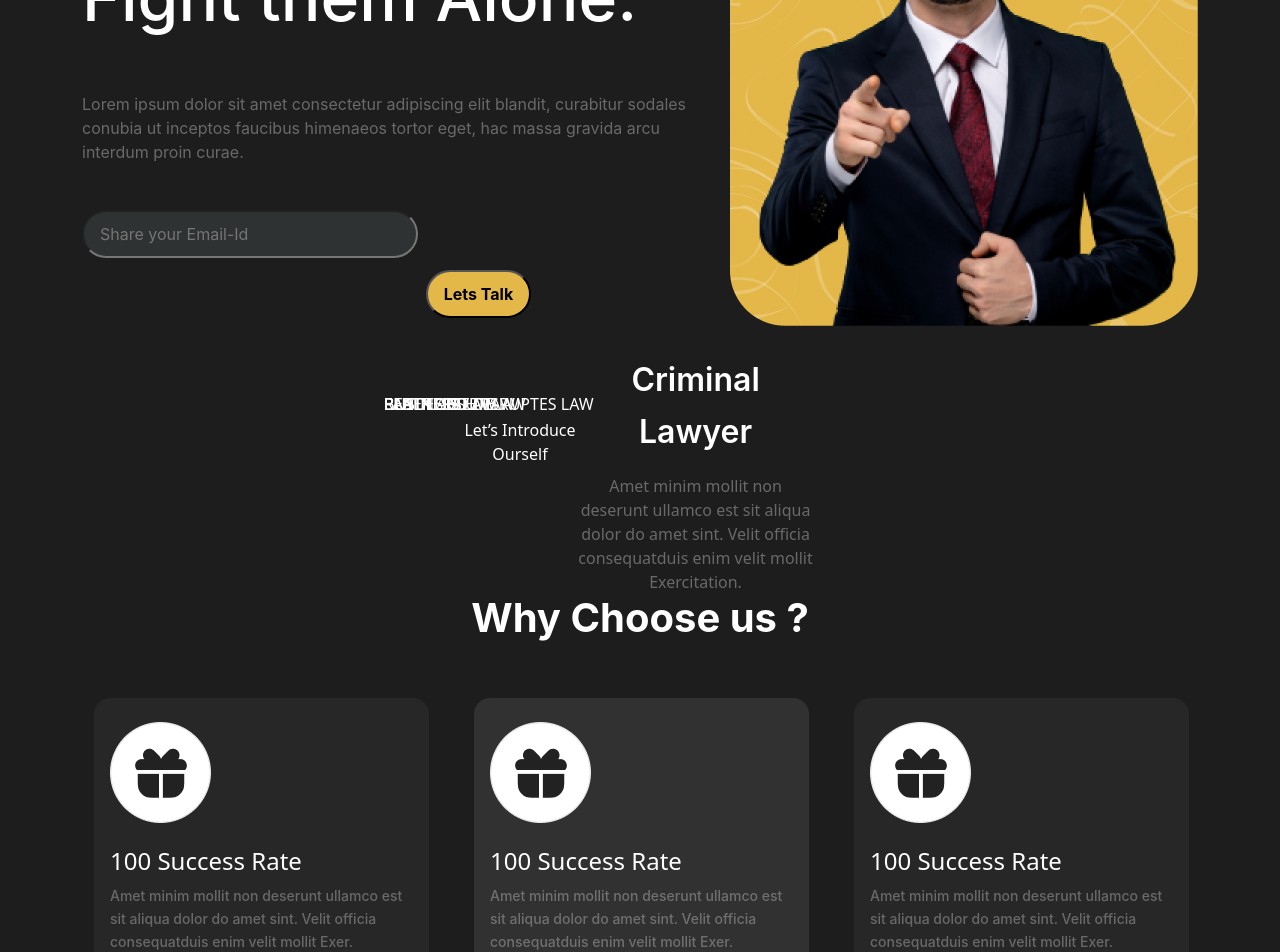
Repository: Senthil-Bala/LawFirm
Page: /
An editor plug-in stored every save of this project. The page is shown before and after the next save, followed by the edit.
The browser window is 1280 px wide. The pictures show the part of the page from y = 288 to 1240 px (the page is 4053 px tall).
The project was rebuilt for these pictures with package versions that can differ from the ones it lists, and the page was loaded fresh each time. Also part of the build but not shown: src/App.css, src/Components/Frequents/Accordionss.css, src/Components/Frequents/Accordionss.jsx.

Above is the page before, as saved 2023-11-29 19:02:18.

### src/App.js
import './App.css';
import 'bootstrap/dist/css/bootstrap.min.css';
import Navbar from "./Components/Navbars/Navbar"
import HeroSection from './Components/Heroess/HeroSection';
import Main from "./Components/Mainss/Main";
import Boxes from "./Components/Box/Boxes";
import Practices from './Components/Practicsing/Practices';
import Clients from "./Components/ClientSides/Clients";
import Team from "./Components/Teamss/Team";
import Faq from "./Components/Frequents/Faq"
import Subscribe from './Components/Subscribes/Subscribe';
import Footer from "./Components/Footers/Footer"

function App() {
  return (
    <div className="container">
      <Navbar/>
      <HeroSection/>
      <Main/>
      <Boxes/>
      <Practices/>
      <Clients/>
      <Team/>
      <Faq/>
      <Subscribe/>
      <Footer/>
    </div>
  );
}

export default App;

### src/Components/Navbars/Navbar.jsx
import React from 'react'
import Studio from "../assests/logo.png";
import "./Navbar.css"

function Navbar() {
  return (
    <div className='navbar'>
        <div className="logo ">
            <img src={Studio} alt="Logo"/>
            <p>IGSTUDIO</p>
        </div>
        <div className="mid">
            <p>Home</p>
            <p>Attorneys</p>
            <p>Practice</p>
            <p>About Us</p>
        </div>
        <div className="btn">
            <button>Contact Now</button>
        </div>
    </div>
  )
}

export default Navbar

### src/Components/Heroess/HeroSection.jsx
import React from "react";
import "./HeroSection.css";
import Hero from "../assests/hero.png";
import Container from 'react-bootstrap/Container';
import Row from 'react-bootstrap/Row';
import Col from 'react-bootstrap/Col';
function HeroSection() {
  return (
    <div className="hero">
      <div className="contentLeft">
        <p id="mainHeading">You don’t have to Fight them Alone.</p>
        <p id="subHeading">
          Lorem ipsum dolor sit amet consectetur adipiscing elit blandit,
          curabitur sodales conubia ut inceptos faucibus himenaeos tortor eget,
          hac massa gravida arcu interdum proin curae.
        </p>
        <div >
        <input type="text" placeholder="Share your Email-Id" />
        <button className="inBtn">Lets Talk</button>
        </div>
      </div>
      <div className="contentRight">
        <img src={Hero} alt="Hero" />
      </div>
    </div>

  //   <Container>
  //   <Row>
  //     <Col sm={12} md={6} lg={6} >
  //     <div className="contentLeft">
  //   <p id="mainHeading">You don’t have to Fight them Alone.</p>
  //        <p id="subHeading">
  //        Lorem ipsum dolor sit amet consectetur adipiscing elit blandit,
  //          curabitur sodales conubia ut inceptos faucibus himenaeos tortor eget,
  //          hac massa gravida arcu interdum proin curae.
  //        </p>
  //         <input type="text" placeholder="Share your Email-Id" />
  //     <button className="inBtn">Lets Talk</button>
  //      </div >
  //     </Col>
  //     <Col sm={12} md={6} lg={6}>
  //     <div className="contentRight mt-5">
  //       <img src={Hero} alt="Hero" />
  //    </div>
  //     </Col>
  //   </Row>

  // </Container>








  );
}

export default HeroSection;

### src/Components/Mainss/Main.jsx
import React from "react";
import "./Main.css";
import Container from 'react-bootstrap/Container';
import Row from 'react-bootstrap/Row';
import Col from 'react-bootstrap/Col';
function Main() {
  return (
    <div className="main">
    <div className="leftOne">
        <p>Let’s Introduce <br /> Ourself</p>
    </div>
    {/* <div className="vertical-line"></div> */}
    <div className="right">
        <p id="heading">Criminal Lawyer</p>
        <p id="subHeading">
            Amet minim mollit non deserunt ullamco est sit aliqua dolor do amet
            sint. Velit officia consequatduis enim velit mollit Exercitation.
        </p>
    </div>
</div>



    //Grid layouts

  //   <Container className="mt-5 pt-5">
  //   <Row>
  //     <Col sm={12} md={6} lg={6}>
  //     <div className="left">
  //       <p>Let’s Introduce Ourself</p>
  //     </div>
  //     </Col>
  //     <Col  sm={12} md={6} lg={6}>
  //     <div className="right">
  //       <p id="heading">Criminal Lawyer</p>
  //       <p id="subHeading">
  //         Amet minim mollit non deserunt ullamco est sit aliqua dolor do amet
  //         sint. Velit officia consequatduis enim velit mollit Exercitation.
  //       </p>
  //     </div>
  //     </Col>
  //   </Row>

  // </Container>
  );
}

export default Main;

### src/Components/Box/Boxes.jsx
import React from "react";
import "./Boxes.css";
import Box from "../assests/box.png";
import Container from 'react-bootstrap/Container';
import Row from 'react-bootstrap/Row';
import Col from 'react-bootstrap/Col';
function Boxes() {
  return (
    // <div className="box">
    //   <h1>Why Choose us ?</h1>
    //   <br />
    //   <div className="chooseBox">
    //     <div className="box1">
    //       <img src={Box} alt="" className="mt-2" />
    //       <h4 className="mt-4">100 Success Rate</h4>
    //       <p className="small">
    //         Amet minim mollit non deserunt ullamco est sit aliqua dolor do amet
    //         sint. Velit officia consequatduis enim velit mollit Exer.
    //       </p>
    //     </div>
    //     <div className="box2">
    //       <img src={Box} alt="" className="mt-2" />
    //       <h4 className="mt-4">100 Success Rate</h4>
    //       <p className="small">
    //         Amet minim mollit non deserunt ullamco est sit aliqua dolor do amet
    //         sint. Velit officia consequatduis enim velit mollit Exer.
    //       </p>
    //     </div>
    //     <div className="box3">
    //       <img src={Box} alt="" className="mt-2" />
    //       <h4 className="mt-4">100 Success Rate</h4>
    //       <p className="small">
    //         Amet minim mollit non deserunt ullamco est sit aliqua dolor do amet
    //         sint. Velit officia consequatduis enim velit mollit Exer.
    //       </p>
    //     </div>
    //   </div>
    // </div>
    //Grid layouts

<div>
<h1  className="text-center my-5 heading">Why Choose us ?</h1>

<Container>
<Row className="gx-5 gy-5">
        <Col sm={12} md={6} lg={4} g-5 >
        <div className="box1 mt-2 mr-2">
          <img src={Box} alt="" className="mt-2" />
          <h4 className="mt-4">100 Success Rate</h4>
          <p className="small">
            Amet minim mollit non deserunt ullamco est sit aliqua dolor do amet
            sint. Velit officia consequatduis enim velit mollit Exer.
          </p>
          <button className="chip">Read More</button>
        </div>
        </Col>
        <Col sm={12} md={6} lg={4}>
        <div className="box2 mt-2 mr-2">
          <img src={Box} alt="" className="mt-2" />
          <h4 className="mt-4">100 Success Rate</h4>
          <p className="small">
            Amet minim mollit non deserunt ullamco est sit aliqua dolor do amet
            sint. Velit officia consequatduis enim velit mollit Exer.
          </p>
          <button className="chip" >Read More</button>
        </div>
        </Col>
        <Col sm={12} md={6} lg={4}>
        <div className="box3 mt-2 mr-2">
          <img src={Box} alt="" className="mt-2" />
          <h4 className="mt-4">100 Success Rate</h4>
          <p className="small">
            Amet minim mollit non deserunt ullamco est sit aliqua dolor do amet
            sint. Velit officia consequatduis enim velit mollit Exer.
          </p>
          <button className="chip">Read More</button>
        </div>
        </Col>
      </Row>

    </Container>
    </div>

  );
}

export default Boxes;

### src/Components/Practicsing/Practices.jsx
import React from "react";
import Container from "react-bootstrap/Container";
import Row from "react-bootstrap/Row";
import Col from "react-bootstrap/Col";
import Left from "../assests/left.png";
import Right from "../assests/right.png";
import "./Practices.css";

function Practices() {
  return (
    <div>
      <h1 className="text-center my-5 heading">Area of Practices</h1>

      <Container>
        <Row className="mt-3">
          <Col xs={12} sm={8}>
            <img src={Left} alt="Business law" className="left" />
            <p className="title">Business law</p>

          </Col>
          <Col xs={12} sm={4}>
            <img src={Right} alt="Partnership Law" className="right" />
            <p className="title">Partnership law</p>

          </Col>
        </Row>
        <Row className="mt-3">
        <Col xs={12} sm={4}>
            <img src={Right} alt="Partnership Law" className="right" />
            <p className="title">Real Estate law</p>
          </Col>
          <Col xs={12} sm={8}>
            <img src={Left} alt="Business law" className="left" />
            <p className="title">Business law</p>

          </Col>

        </Row>
        <Row className="mt-3">
          <Col xs={12} sm={8}>
            <img src={Left} alt="Business law" className="left" />
            <p className="title">LandLord Disruptes law</p>

          </Col>
          <Col xs={12} sm={4}>
            <img src={Right} alt="Partnership Law" className="right" />
            <p className="title">ELDER ABSUTE</p>

          </Col>
        </Row>
      </Container>
    </div>
  );
}

export default Practices;

### src/Components/ClientSides/Clients.jsx
import React from "react";
import "./Clients.css";
import EclipseOne from "../assests/EclipseOne.png";
import EclipseTwo from "../assests/EclipseTwo.png";
import EclipseThree from "../assests/EclipseThree.png";
import Container from 'react-bootstrap/Container';
import Row from 'react-bootstrap/Row';
import Col from 'react-bootstrap/Col';
function Clients() {
  return (
    // <div className="box">
    //   <h1>Why Choose us ?</h1>
    //   <br />
    //   <div className="chooseBox">
    //     <div className="box1">
    //       <img src={Box} alt="" className="mt-2" />
    //       <h4 className="mt-4">100 Success Rate</h4>
    //       <p className="small">
    //         Amet minim mollit non deserunt ullamco est sit aliqua dolor do amet
    //         sint. Velit officia consequatduis enim velit mollit Exer.
    //       </p>
    //     </div>
    //     <div className="box2">
    //       <img src={Box} alt="" className="mt-2" />
    //       <h4 className="mt-4">100 Success Rate</h4>
    //       <p className="small">
    //         Amet minim mollit non deserunt ullamco est sit aliqua dolor do amet
    //         sint. Velit officia consequatduis enim velit mollit Exer.
    //       </p>
    //     </div>
    //     <div className="box3">
    //       <img src={Box} alt="" className="mt-2" />
    //       <h4 className="mt-4">100 Success Rate</h4>
    //       <p className="small">
    //         Amet minim mollit non deserunt ullamco est sit aliqua dolor do amet
    //         sint. Velit officia consequatduis enim velit mollit Exer.
    //       </p>
    //     </div>
    //   </div>
    // </div>
    //Grid layouts

<div>
    <div className="clientHead d-flex justify-content-between align-items-center">
<h1  className=" my-5 heading">What Says Our <br /> Happy Clients</h1>
<div className="arrows">
<button>L</button>
<button className="rgt">R</button>
</div>


</div>
<Container>
<Row className="gx-4 gy-4">
        <Col sm={12} md={6} lg={4} >
        <div className="box1 mt-2 mr-2">
          <img src={EclipseOne} alt="" />
          <h4 className="mt-2">Joe Kooper</h4>
          <p >Ceo Of Hunt</p>
          <p className="small">
            Amet minim mollit non deserunt ullamco est sit aliqua dolor do amet
            sint. Velit officia consequatduis enim velit mollit Exer.
          </p>
          <button className="chip">Read More</button>
        </div>
        </Col>
        <Col sm={12} md={6} lg={4}>
        <div className="box2 mt-2 mr-2">
          <img src={EclipseTwo} alt="" className="mt-2" />
          <h4 className="mt-2">Robert Fox</h4>
          <p >Ceo Of Hunt</p>
          <p className="small">
            Amet minim mollit non deserunt ullamco est sit aliqua dolor do amet
            sint. Velit officia consequatduis enim velit mollit Exer.
          </p>
          <button className="chip" >Read More</button>
        </div>
        </Col>
        <Col sm={12} md={6} lg={4}>
        <div className="box3 mt-2 mr-2">
          <img src={EclipseThree} alt="" className="mt-2" />
          <h4 className="mt-2">Devon Lane</h4>
          <p >Ceo Of Hunt</p>
          <p className="small">
            Amet minim mollit non deserunt ullamco est sit aliqua dolor do amet
            sint. Velit officia consequatduis enim velit mollit Exer.
          </p>
          <button className="chip">Read More</button>
        </div>
        </Col>
      </Row>

    </Container>
    </div>

  );
}

export default Clients;

### src/Components/Teamss/Team.jsx
import React from 'react'
import Container from 'react-bootstrap/esm/Container'
import Row from 'react-bootstrap/Row';
import Col from 'react-bootstrap/Col';
import Daniel from "../assests/Daniel.png";
import Sanfole from "../assests/Sanfole.png";
import Casforila from "../assests/Casforila.png";
import Collean from "../assests/Collean.png";
import Haldone from "../assests/Haldone.png";
import Nik from "../assests/Nik.png"
import "./Team.css"

function Team() {
  return (
    <div className='teamDiv my-3'>
        <h1 className="text-center mt-5 heading">Our Team</h1>

        <Container>
        <Row>

        <Col xs={6} md={4} lg={4} className='mt-5'>
            <div className="items d-flex pt-1 ">
        <img src={Daniel} alt="" className='mr-3'/>
        <div>
          <h6 >Daniel Def</h6>
          <p className="opac">301 Cases</p>
          </div>
          </div>
        </Col>

        <Col xs={6} md={4} lg={4} className='mt-5'>
            <div className="items d-flex sanfole pt-1 ">
        <img src={Sanfole} alt="" className='mr-3 '/>
        <div>
          <h6>Sanfole</h6>
          <p className="opac">850 Cases</p>
          </div>
          </div>
        </Col>

        <Col xs={6} md={4}  lg={4} className='mt-5'>
            <div className="items d-flex pt-1">
        <img src={Casforila} alt="" className='mr-3'/>
        <div>
          <h6 >Casforila</h6>
          <p className="opac">470 Cases</p>
          </div>
          </div>
        </Col>

        <Col xs={6} md={4} lg={4} className='mt-5'>
            <div className="items d-flex pt-1 ">
        <img src={Collean} alt="" className='mr-3'/>
        <div>
          <h6 >Collean</h6>
          <p className="opac">180 Cases</p>
          </div>
          </div>
        </Col>

        <Col xs={6} md={4}  lg={4} className='mt-5'>
            <div className="items d-flex pt-1">
        <img src={Haldone} alt="" className='mr-3'/>
        <div>
          <h6 >Haldone</h6>
          <p className="opac">212 Cases</p>
          </div>
          </div>
        </Col>

        <Col xs={6} md={4}  lg={4} className='mt-5'>
            <div className="items d-flex p-2">
        <img src={Nik} alt="" className='mr-3'/>
        <div>
          <h6 >Nik Joe</h6>
          <p className="opac">350 cases</p>
          </div>
          </div>
        </Col>

      </Row>
      </Container>
    </div>
  )
}

export default Team

### src/Components/Frequents/Faq.jsx
import React from "react";
import Accordionss from "./Accordionss"
import "./Faq.css"
function Faq() {
  return (
    <div className="d-flex justify-content-between my-5">
      <div className="faq my-4">
        <h1>FAQ</h1>
        <p className="faqContent">
          Amet minim mollit non deserunt ullamco est sit <br /> aliqua dolor do amet
          sint.
        </p>
      </div>
      <div className="accordions mt-5">
        {/* <Accordions/> */}
      </div>
    </div>
  );
}

export default Faq;

### src/Components/Subscribes/Subscribe.jsx
import React from 'react'
import "./Subscribe.css"
function Subscribe() {
  return (
    <div className='subscribes mt-3'>
    <div className="newsLetter">
<h1 className='text-center mt-2'>Subscribe Our NewsLetter</h1>
</div>
<div className="inputAndbutton">
    <input type="text" className='inputOne' placeholder='Enter Your Name'/>
    <input type="text" className='inputOne' placeholder='Enter your Email'/>
    <button id='send'>Send</button>
</div>
    </div>
  )
}

export default Subscribe

### src/Components/Footers/Footer.jsx
import React from 'react'
import "./Footer.css";
import logo from "../assests/logo.png";
import Group from "../assests/group.png"
function Footer() {
  return (
    <div className='footerDiv my-3'>
        <div className="firstDiv container text-center">
           <div className='logoDiv'>
            <img src={logo} alt="logo" />
            <p>IGSTUDIO</p>
           </div>
           <div className="mainDiv ">
            <p>Home</p>
            <p>Attorneys</p>
            <p>Practice Areas</p>
            <p>About Us</p>
           </div>
           <div>
            <img src={Group} alt="Icons" />
           </div>
        </div>
        <br />
        <div className="secondDiv container text-center ">
            <p>© 2020 Acme. All rig</p>
            <p>Privacy Policy</p>
            <p>Terms of Service</p>
        </div>

    </div>
  )
}

export default Footer

### src/Components/Navbars/Navbar.css
.navbar {
    display: flex;
    justify-content: space-between;
    align-items: center;
    /* width: 100%;
    height: 3rem; */

}

.mid {
    display: flex;
    gap: 30px;
    font-family: Inter;
    text-align: center;
    justify-content: space-between;
    align-items: center;

}

.btn button {
    border: 2px solid #FFFFFF;
    background-color: #1D1D1D;
    color: #FFFFFF;
    /* justify-content: center;
    align-items: center; */
}

.logo {
    display: flex;
    justify-content: center;
    align-items: center;
    gap: 20px;
}

.logo img{
    height: 1rem;
}

### src/Components/Heroess/HeroSection.css
.hero {
    display: flex;
    justify-content: space-between;
    align-items: center;
    gap: 30px;
    font-family: Inter;

}

.contentLeft {
    margin-top: 5rem;
    display: flex;
    flex-direction: column;
    gap: 30px;
}

.contentRight {
    width: 467.71px;
    height: 467.71px;
}

.inBtn {
    background: rgba(227, 183, 72, 1);

    color: black;
    font-family: Inter;
    font-weight: bold;
    height: 3rem;
    padding: 1rem;
    display: flex;
    justify-content: center;
    align-items: center;
    border-radius: 3rem;
    text-align: center;
    position: absolute;
    right: 58.5%;
    top: 77.5%;
    outline: 0;
}

input[type='text'] {
    height: 3rem;
    padding: 1rem;
    border-radius: 3rem;
    width: 21rem;
    position: relative;
    background-color:rgb(47, 50, 50);
    color: darkslategray;
    outline: 0;
}

#mainHeading {
    font-size: 66px;
    font-weight: 500;
    line-height: 97px;
    letter-spacing: 0em;
    text-align: left;

}

#subHeading {
    color: dimgrey;

}

### src/Components/Mainss/Main.css
.main {
    display: flex;
    justify-content: center;
    text-align: center;
    margin-top: 6rem;
}

.left {
    font-family: Inter;
    font-size: 54px;
    font-weight: 600;
    line-height: 87px;
    text-align: left;

}
/* Styling for the main container */
.main {
    display: flex;
    align-items: center;
}

/* Styling for the vertical line */
.vertical-line {
    border-left: 1px solid dimgray; /* Set color for the left border */
    height: 100px; /* Set height of the line */
    margin: 0 20px; /* Adjust margin as needed */
}



.right{
    display: flex;
    flex-direction: column;

}
#heading {
    font-family: Inter;
    font-size: 32px;
    font-weight: 600;
    line-height: 52px;
    letter-spacing: 0em;
    text-align: center;
    /* width: 475px;
    height: 155px; */

}
#subHeading{
    color: dimgrey;
    /* width: 475px;
height: 87px;

opacity: 0.3px; */

}

### src/Components/Box/Boxes.css
.box{
    margin-top: 6rem;
    text-align: center;
}
.chooseBox{
    display: flex;
    justify-content: space-between;
}
.box1,.box2,.box3{
    width: 335px;
height: 370px;
padding: 1rem;
text-align: left;
/* border: 2px solid; */
border-radius: 1rem;
background-color:rgb(40, 39, 39);

}
.box2{
    background: rgba(71, 71, 71, 0.5);

}
.small{
    font-family: Inter;
font-size: 14px;
font-weight: 500;
line-height: 23px;
letter-spacing: 0em;
text-align: left;
opacity: 30%;

}
.chip{
    background: rgba(227, 183, 72, 1);

    color: black;
    font-family: Inter;
    font-weight: bold;
    height: 2rem;
    /* padding: 1rem; */
    display: flex;
    justify-content: center;
    align-items: center;
    border-radius: 1.5rem;
    text-align: center;
}
.heading{
    font-family: Inter;
    font-weight: bold;

}

### src/Components/Practicsing/Practices.css
.left{
    width:35rem;
    height:12rem;
    text-transform: uppercase;
    position: relative;

}
.right{
    width:15rem;
    height:12rem;
    position: relative;

}
.title{
    position: absolute;
    bottom: 0px;
    left: 30%;
    text-align: center;
    text-transform: uppercase;
}

### src/Components/ClientSides/Clients.css
.arrows button{
    border-radius: 50%;
    height: 3rem;
    width: 3rem;
}
.rgt{
    background: rgba(227, 183, 72, 1);
}
.box2{
    background: rgba(71, 71, 71, 0.5);

}

### src/Components/Teamss/Team.css
.opac{
    opacity: 30%;
}

.sanfole{
    background: rgba(227, 183, 72, 1);
border-radius: 1rem;
color: black;

}

### src/Components/Frequents/Faq.css
.faqContent{
    opacity: 30%;
}

### src/Components/Subscribes/Subscribe.css
.subscribes{
height: 356px;
background: rgba(71, 71, 71, 0.5);
display: flex;
flex-direction: column;
justify-content: center;
align-items: center;
border-radius: 1rem;
gap: 30px;
}
#send{
    background: rgba(227, 183, 72, 1);
    height: 2.5rem;
    width: 5rem;
    border-radius: 0.5rem;

}
.inputOne{
    width: 10rem;
    height: 2.5rem;
    border-radius: 0.5rem;
    padding-left: 1rem;

}
.inputAndbutton{
display: flex;
justify-content: space-between;
gap: 10px;
}

### src/Components/Footers/Footer.css
.footerDiv{

height: 367px;
/* border: 1px solid white; */
display: flex;
flex-direction: column;
font-size: smaller;
background-color: black;
/* width: 100%; */


}
.firstDiv{
    display: flex;
    justify-content: space-between;
    align-items: center;
    margin-top: 4rem;
}
.mainDiv{
    display: flex;
    justify-content: center;
    align-items: center;
    gap:50px;
}
.secondDiv{
    display: flex;
    justify-content: center;
    align-items: center;
    gap:20px;
    margin-top: 2rem;
    font-size: xx-small;

}

Loaded but not shown: public/index.html (common file); src/index.js (common file); src/index.css (common file); src/reportWebVitals.js (common file)

After the next save:
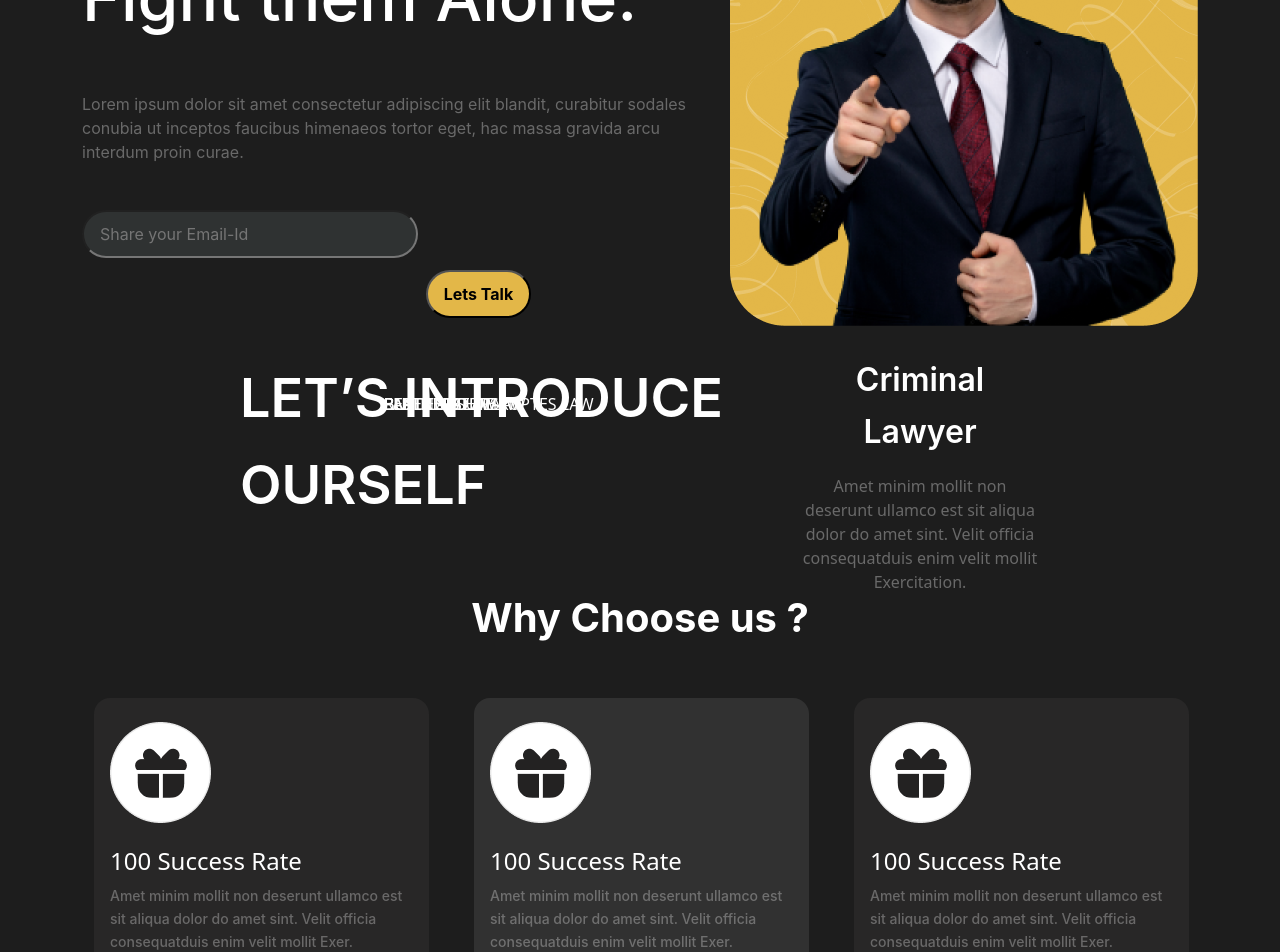
Saved 9 s later.
--- a/src/Components/Mainss/Main.jsx
+++ b/src/Components/Mainss/Main.jsx
@@ -6,7 +6,7 @@ import Col from 'react-bootstrap/Col';
 function Main() {
   return (
     <div className="main">
-    <div className="leftOne">
+    <div className="left">
         <p>Let’s Introduce <br /> Ourself</p>
     </div>
     {/* <div className="vertical-line"></div> */}
